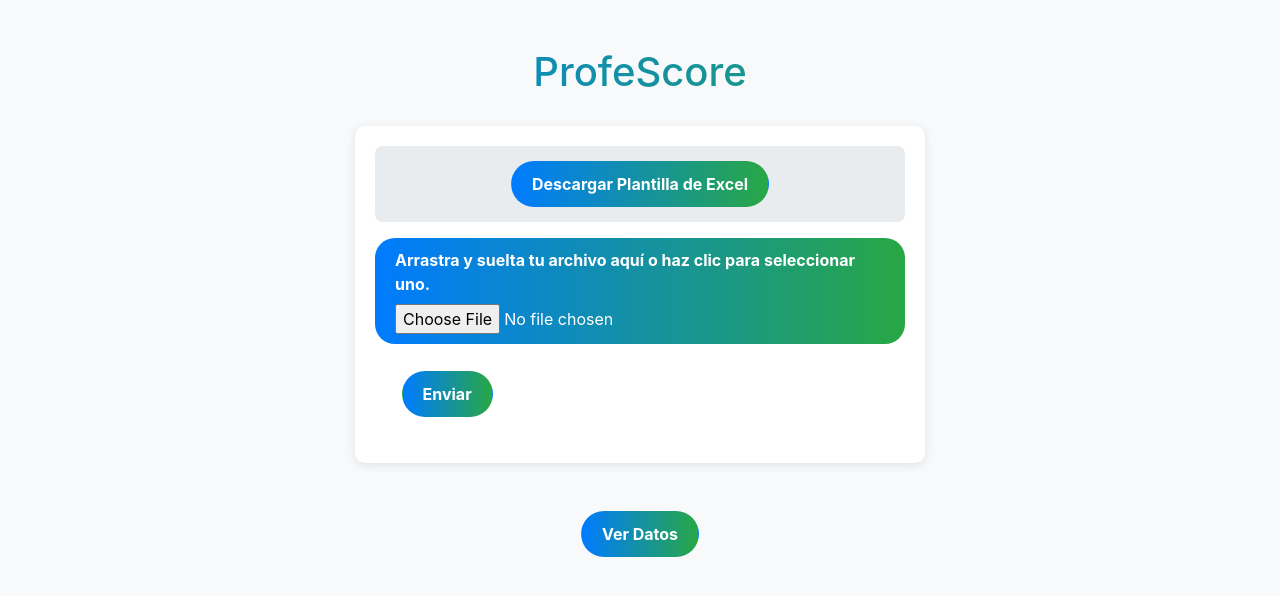
Repository: Sasonyera/ProfeScore
Page: http://localhost/index
An editor plug-in stored every save of this project. The page is shown before and after the next save, followed by the edit.
The browser window is 1280 px wide. The pictures show the whole page.
The page is this project's Thymeleaf template; nobody is signed in. The template is opened directly, without the code that normally fills it, so the values that code supplies are empty.

Above is the page before, as saved 2024-10-18 21:30:05.

### profescore/src/main/resources/templates/index.html
<!DOCTYPE html>
<html lang="es">
<head>
	<link rel="icon" href="/favi1.png" type="image/png">
    <meta charset="UTF-8">
    <title>ProfeScore</title>
    <!-- Bootstrap CSS -->
    <link rel="stylesheet" href="https://maxcdn.bootstrapcdn.com/bootstrap/4.0.0/css/bootstrap.min.css">

	<link rel="stylesheet" href="/styles.css">

</head>

<body>
    <div class="container mt-5 mb-5">
        <h1 class="text-center title">ProfeScore</h1>
        <div class="row justify-content-center">
            <div class="col-md-6 form-container">
                <div class="button-group text-center mb-3">
                    <button id="downloadTemplate" class="btn btn-custom">Descargar Plantilla de Excel</button>
                </div>
                <form id="uploadForm">
                    <div class="form-group file-upload" id="fileDropArea">
                        <label for="excelFile">Arrastra y suelta tu archivo aquí o haz clic para seleccionar uno.</label>
                        <input type="file" id="excelFile" name="file" accept=".xlsx, .xls" onchange="updateFileName()">
                        <div id="fileName" class="file-name"></div>
                    </div>
                    <button type="submit" class="btn btn-custom" id="btnEnviar">Enviar</button>
                </form>
            </div>
        </div>
    </div>

    <!-- Modal para mostrar mensajes -->
    <div class="modal fade" id="responseModal" tabindex="-1" role="dialog" aria-labelledby="responseModalLabel" aria-hidden="true">
      <div class="modal-dialog" role="document">
        <div class="modal-content">
          <div class="modal-header">
            <h4 class="modal-title" id="responseModalLabel"></h4>
            <button type="button" class="close" data-dismiss="modal" aria-label="Cerrar">
              <span aria-hidden="true">&times;</span>
            </button>
          </div>
          <div class="modal-body" id="responseMessage"></div>
          <div class="modal-footer">
            <button type="button" class="btn btn-secondary" data-dismiss="modal">Cerrar</button>
          </div>
        </div>
      </div>
    </div>
	<div class="container mt-5 mb-5">
	        <!-- ... -->
			<div class="text-center mt-4">
			    <a href="/ver-datos" class="btn btn-custom">Ver Datos</a>
			</div>

	    </div>

    <!-- Scripts necesarios -->
    <!-- Versión completa de jQuery -->
    <script src="https://code.jquery.com/jquery-3.6.0.min.js"></script>
    <!-- Popper.js y Bootstrap JS -->
    <script src="https://cdnjs.cloudflare.com/ajax/libs/popper.js/1.14.7/umd/popper.min.js"></script>
    <script src="https://maxcdn.bootstrapcdn.com/bootstrap/4.0.0/js/bootstrap.min.js"></script>
    <!-- Tu archivo script.js -->
    <script src="script.js"></script>
</body>
</html>

### profescore/src/main/resources/static/styles.css
body {
    background-color: #f8f9fa;
}

.form-container {
    background-color: #ffffff;
    padding: 20px;
    border-radius: 10px;
    box-shadow: 0 2px 10px rgba(0, 0, 0, 0.1);
}

.button-group {
    background-color: #e9ecef;
    padding: 15px;
    border-radius: 8px;
    margin-bottom: 20px;
    text-align: center;
}

.btn-custom {
    background: linear-gradient(90deg, #007bff, #28a745);
    color: white;
    font-weight: bold;
    border-radius: 30px;
    padding: 10px 20px;
    transition: background 0.3s;
    margin: auto;
    display: block;
    width: fit-content;
}
#btnEnviar{
	align-items: auto;
	margin:5%;
}

.btn-custom:hover {
    background: linear-gradient(90deg, #0056b3, #218838);
}
#fileDropArea{
	background: linear-gradient(90deg, #007bff, #28a745);
	   color: white;
	   font-weight: bold;
	   border-radius: 20px;
	   padding: 10px 20px;
	   transition: background 0.3s;
	   margin: 0 auto;
	   display: block;
	   width: fit-content;
}

.title {
    font-size: 2.5rem;
    background: linear-gradient(90deg, #007bff, #28a745);
    -webkit-background-clip: text;
    -webkit-text-fill-color: transparent;
    margin-bottom: 30px;
}

.custom-table {
    background-color: #ffffff;
    border-radius: 10px;
    overflow: hidden;
    box-shadow: 0 2px 10px rgba(0, 0, 0, 0.1);
}

.custom-table th {
    background: linear-gradient(90deg, #007bff, #28a745);
    color: white;
    text-align: center;
}

.custom-table td {
    text-align: center;
}

.custom-table tr:nth-child(even) {
    background-color: #f2f2f2;
}

.custom-table tr:hover {
    background-color: #e9ecef;
}

### profescore/src/main/resources/static/script.js
// Manejar el clic en el botón de descarga de la plantilla
document.getElementById('downloadTemplate').addEventListener('click', function() {
    window.location.href = '/download-template';
});

// Mostrar el nombre del archivo seleccionado
function updateFileName() {
    const input = document.getElementById('excelFile');
    const fileNameDisplay = document.getElementById('fileName');
    const fileName = input.files.length > 0 ? input.files[0].name : '';
    fileNameDisplay.textContent = fileName ? `Archivo seleccionado: ${fileName}` : '';
}

// Lógica de arrastrar y soltar archivos
const dropArea = document.getElementById('fileDropArea');

dropArea.addEventListener('dragover', (e) => {
    e.preventDefault();
    dropArea.classList.add('dragging');
});

dropArea.addEventListener('dragleave', () => {
    dropArea.classList.remove('dragging');
});

dropArea.addEventListener('drop', (e) => {
    e.preventDefault();
    dropArea.classList.remove('dragging');

    const input = document.getElementById('excelFile');
    const file = e.dataTransfer.files[0];

    if (file && (file.name.endsWith(".xls") || file.name.endsWith(".xlsx"))) {
        input.files = e.dataTransfer.files;
        updateFileName();
    } else {
        alert('Por favor, sube un archivo Excel válido (.xls o .xlsx).');
    }
});

// Permitir hacer clic en el área de carga para abrir el diálogo de selección de archivos
dropArea.addEventListener('click', () => {
    document.getElementById('excelFile').click();
});

// Envío del formulario usando fetch
document.getElementById('uploadForm').addEventListener('submit', function(e) {
    e.preventDefault();

    const inputFile = document.getElementById('excelFile');

    if (inputFile.files.length === 0) {
        showModal('Fallo el Envío', 'Por favor, selecciona un archivo.');
        return;
    }

    const formData = new FormData();
    formData.append('file', inputFile.files[0]);

    fetch('/upload-excel', {
        method: 'POST',
        body: formData
    })
    .then(response => response.text())
    .then(data => {
        if (data === 'success') {
            showModal('Envío Correcto', 'El archivo se ha enviado correctamente.');
			setTimeout(function() {
			    location.reload();
			}, 2000);
        } else {
            showModal('Fallo el Envío', data);
			setTimeout(function() {
			    location.reload();
			}, 2000);
        }
    })
    .catch(error => {
        console.error('Error:', error);
        showModal('Fallo el Envío', 'Ocurrió un error al enviar el archivo.');
		setTimeout(function() {
		    location.reload();
		}, 2000);
    });
});

// Función para mostrar el modal con mensajes
function showModal(title, message) {
    document.getElementById('responseModalLabel').innerText = title;
    document.getElementById('responseMessage').innerText = message;
    $('#responseModal').modal('show');
}

After the next save:
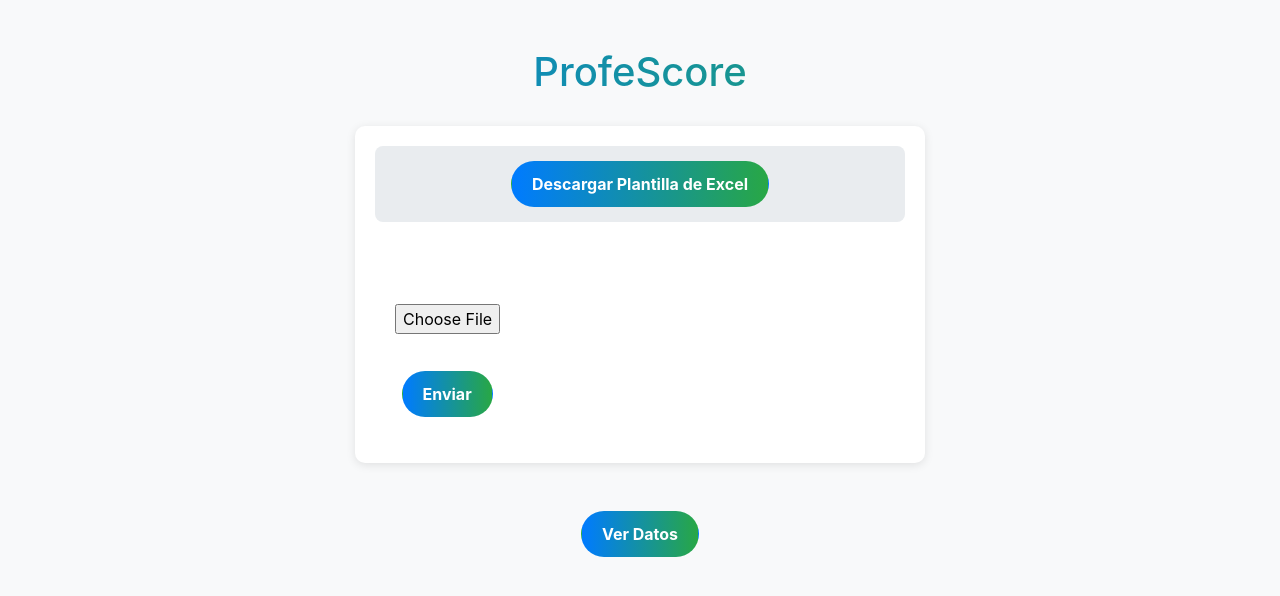
Saved 2 min 0 s later.
--- a/profescore/src/main/resources/static/styles.css
+++ b/profescore/src/main/resources/static/styles.css
@@ -29,7 +29,7 @@ body {
     width: fit-content;
 }
 #btnEnviar{
-	align-items: auto;
+
 	margin:5%;
 }
 
@@ -37,7 +37,7 @@ body {
     background: linear-gradient(90deg, #0056b3, #218838);
 }
 #fileDropArea{
-	background: linear-gradient(90deg, #007bff, #28a745);
+	background: transparent;
 	   color: white;
 	   font-weight: bold;
 	   border-radius: 20px;
